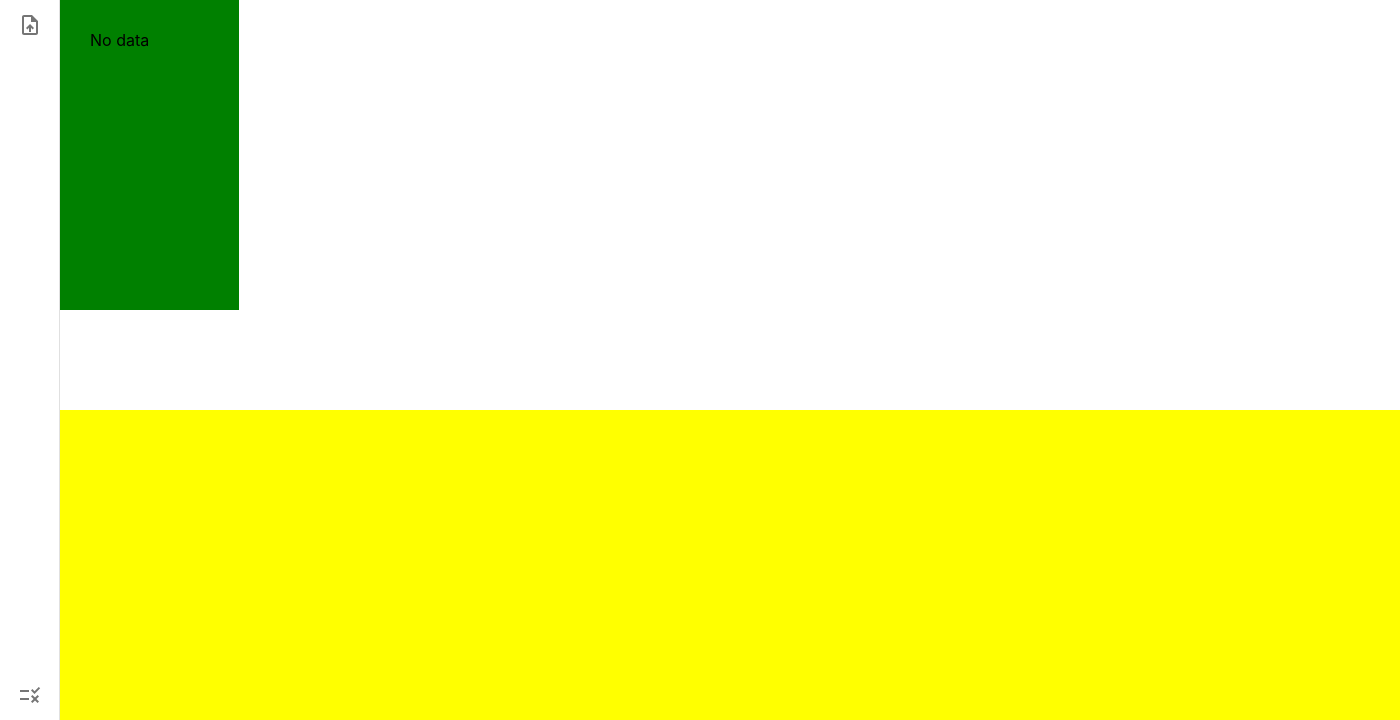
Repository: imark00/sbolInsight_frontend
Page: /
An editor plug-in stored every save of this project. The page is shown before and after the next save, followed by the edit.
The browser window is 1280 px wide. The page is 1400 px wide, so the pictures cover 1400 px, including what lies to the right of the window. The pictures show the whole page.
The project was rebuilt for these pictures with package versions that can differ from the ones it lists, and the page was loaded fresh each time. Also part of the build but not shown: src/App.css.

Above is the page before, as saved 2024-08-18 05:24:05.

### src/App.js
import './App.css';
import SBOLInsightPage from './sbolInsight';

function App() {
  return (
    <SBOLInsightPage />
  );
}

export default App;

### src/sbolInsight.js
import React, { useState } from "react";
import { Drawer, Box, IconButton, Typography, Modal, Button, Divider } from "@mui/material";
import UploadFileIcon from '@mui/icons-material/UploadFile';
import RuleOutlinedIcon from '@mui/icons-material/RuleOutlined';
import { useDropzone } from 'react-dropzone'
import { List, ListItem, ListItemIcon, ListItemText } from '@mui/material';
import InsertDriveFileOutlinedIcon from '@mui/icons-material/InsertDriveFileOutlined';
import axios from "axios";


const drawerWidth = 60

// function timeout(delay) {
//     return new Promise(res => setTimeout(res, delay));
// }

const SBOLInsightPage = () => {
    const [testData, setTestData] = useState('');
    const [open, setOpen] = useState(false);

    const openUploadFileModal = () => setOpen(true);
    const closeUploadFileModal = () => setOpen(false);

    const { acceptedFiles, getRootProps, getInputProps } = useDropzone({
        maxFiles: 1, accept: {
            'application/rdf+xml': ['.rdf'],
            'text/turtle': ['.ttl'],
        }
    });
    const files = acceptedFiles.map(file => (
        <ListItem
            key={file.path}
        >
            <ListItemIcon>
                <InsertDriveFileOutlinedIcon />
            </ListItemIcon>
            <ListItemText primary={file.path} />
        </ListItem>
    ));

    // const [uploadProgress, setUploadProgress] = useState(0);


    const testAPI = async () => {
        try {
            let response = await fetch("http://localhost:8080/api/test")
            if (response.status === 200) {
                let data = await response.json()
                setTestData(data)
            }
        } catch (error) {
            console.error('Error:', error)
        }
    }
    // useEffect(() => { testAPI() }, [])

    const getGraphData = async () => {
        try {
            const url = "http://localhost:8080/api/graph-data"
            const formData = new FormData();
            formData.append('file', acceptedFiles[0]);
            const config = {
                headers: {
                    'content-type': 'multipart/form-data',
                },
                // onUploadProgress: function (progressEvent) {
                //     const percentCompleted = Math.round((progressEvent.loaded * 100) / progressEvent.total);
                //     setUploadProgress(percentCompleted);
                // }
            }
            let response = await axios.post(url, formData, config)
            console.log(response)
        } catch (error) {
            console.error('Error:', error)
        }
    }


    function showValiationReport() {
        console.log("Show validation report")

    }

    function submitFile(event) {
        event.preventDefault()
        closeUploadFileModal()
        getGraphData()
    }


    return (
        <Box
            sx={{ display: 'flex' }}
        >
            {/* Drawer */}
            <Drawer
                sx={{
                    width: drawerWidth,
                    flexShrink: 0,
                    '& .MuiDrawer-paper': {
                        width: drawerWidth,
                        boxSizing: 'border-box',
                        padding: '5px',
                        display: 'flex',
                        flexDirection: 'column',
                        justifyContent: 'space-between',
                    },
                }}
                variant="permanent"
                anchor="left"
            >
                <IconButton
                    onClick={openUploadFileModal}
                >
                    <UploadFileIcon />
                </IconButton>

                <IconButton
                    onClick={showValiationReport}
                >
                    <RuleOutlinedIcon />
                </IconButton>
            </Drawer>

            <Box sx={{
                flexDirection: 'column',
                display: 'flex',
            }}>

                {/* Main content */}
                <Box
                    sx={{
                        width: '100%',
                        // height: '100vh',
                        height: '250px',
                        background: 'green',
                        padding: '30px',
                    }}
                >
                    {testData ?
                        <Box>
                            <p> {testData.status}</p>
                            <p> {testData.app}</p>
                            <p> {testData.message}</p>
                        </Box>
                        : <Box>
                            No data
                        </Box>
                    }
                </Box>

                {/* Validation results view */}
                <Box
                    sx={{
                        width: '100%',
                        // height: '100vh',
                        height: '250px',
                        background: 'yellow',
                        padding: '30px',
                        position: "absolute",
                        bottom: "0%",

                    }}
                >

                </Box>
            </Box>


            {/* // Upload file modal */}
            <Modal
                open={open}
                onClose={closeUploadFileModal}
                aria-labelledby="modal-modal-title"
                aria-describedby="modal-modal-description"
                slotProps={{
                    backdrop: {
                        style: {
                            backgroundColor: 'transparent',
                            boxShadow: 'none'
                        }
                    }
                }}

            >
                <Box
                    sx={{
                        position: "absolute",
                        top: "50%",
                        left: "50%",
                        transform: "translate(-50%, -50%)",
                        width: "475px",
                        bgcolor: "background.paper",
                        boxShadow: 24,
                        borderRadius: "23px",
                    }}
                >
                    <Box
                        sx={{
                            display: 'flex',
                            flexDirection: 'row',
                            justifyContent: 'space-between',
                            paddingLeft: '11px',
                            paddingRight: '7px',
                            paddingTop: '7px',
                            paddingBottom: '2px',
                        }}
                    >
                        <Typography
                            fontSize={"19px"}
                            letterSpacing={"0.02em"}
                        >
                            Upload SBOL File
                        </Typography>

                        <Button
                            variant="text"
                            size="small"
                            color="error"
                            onClick={closeUploadFileModal}
                            sx={{ letterSpacing: "0.04em" }}
                        >
                            Close
                        </Button>
                    </Box>
                    <Divider
                        sx={{
                            borderBottomWidth: '2px',
                            borderColor: "#CBD0DC"
                        }}
                    />

                    <Box
                        sx={{
                            paddingTop: "45px",
                            paddingLeft: "25px",
                            paddingRight: "25px",
                            paddingBottom: "16px",
                            textAlign: "center",
                        }}
                    >
                        <Box
                            sx={{
                                border: "2px dashed #CBD0DC",
                                borderRadius: "14px",
                                height: "100px",
                                marginBottom: "20px",
                                width: "100%",
                                flexDirection: 'column',
                                justifyContent: 'center',
                                display: 'flex',
                            }}
                            {...getRootProps({ className: 'dropzone' })}
                        >
                            <input {...getInputProps()} />
                            <Box >
                                <Typography
                                    color={"#292D32"}
                                    fontSize={"15px"}
                                    letterSpacing={"0.04em"}
                                >
                                    Choose a file or drap and drop it here
                                </Typography>

                                <Typography
                                    color={"#A9ACB4"}
                                    fontSize={"12px"}
                                    letterSpacing={"0.04em"}
                                >
                                    RDF/XML, Turtle, N-Triples, and JSON-LD formats, up to 25MB
                                </Typography>
                            </Box>
                        </Box>

                        {/* <progress value={uploadProgress} max="100"></progress> */}

                        <List>{files}</List>

                        <Button
                            variant="contained"
                            sx={{
                                borderRadius: "11px",
                                width: "168px",
                                backgroundColor: "#084BCF",
                            }}
                            disabled={files.length === 0}
                            onClick={submitFile}
                        >
                            Submit
                        </Button>
                    </Box>



                </Box>
            </Modal>
        </Box>
    );
}

export default SBOLInsightPage;

Loaded but not shown: public/index.html (common file); src/index.js (common file); src/index.css (common file); src/reportWebVitals.js (common file)

After the next save:
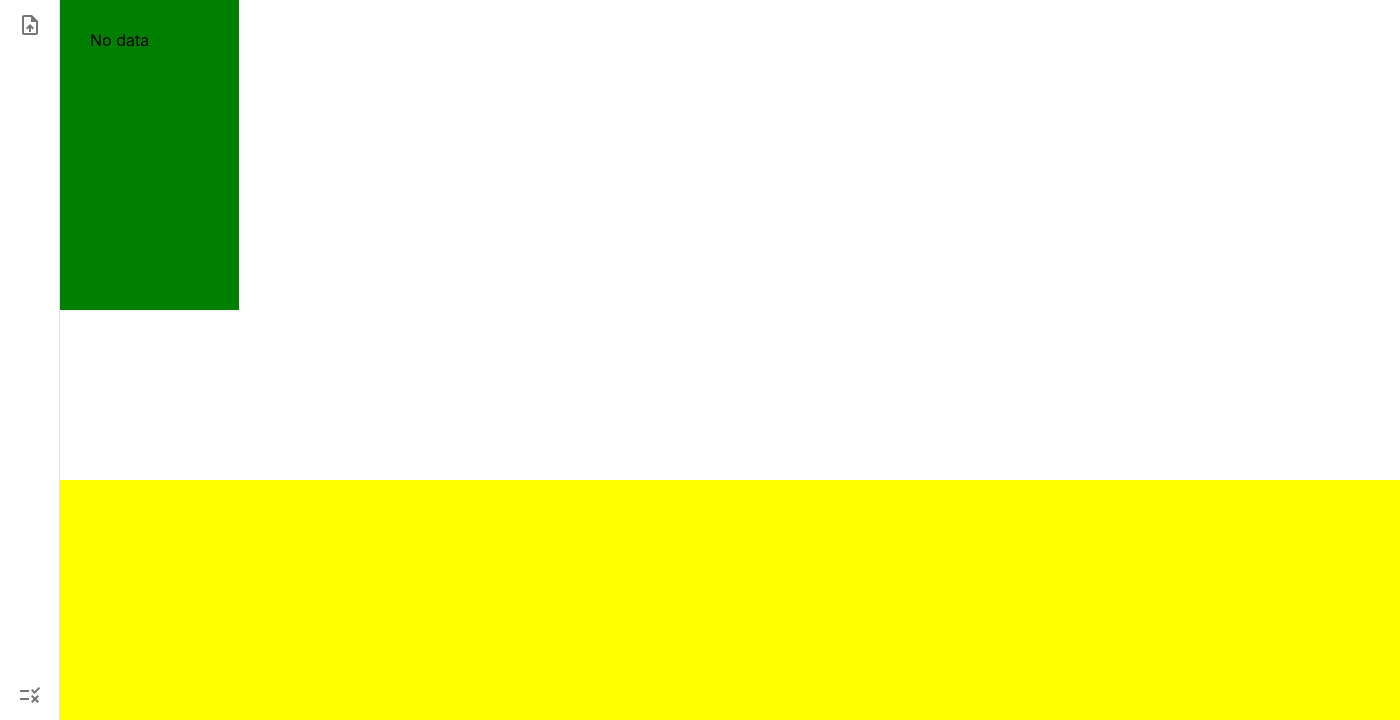
Saved 27 s later.
--- a/src/sbolInsight.js
+++ b/src/sbolInsight.js
@@ -154,7 +154,7 @@ const SBOLInsightPage = () => {
                     sx={{
                         width: '100%',
                         // height: '100vh',
-                        height: '250px',
+                        height: '180px',
                         background: 'yellow',
                         padding: '30px',
                         position: "absolute",
